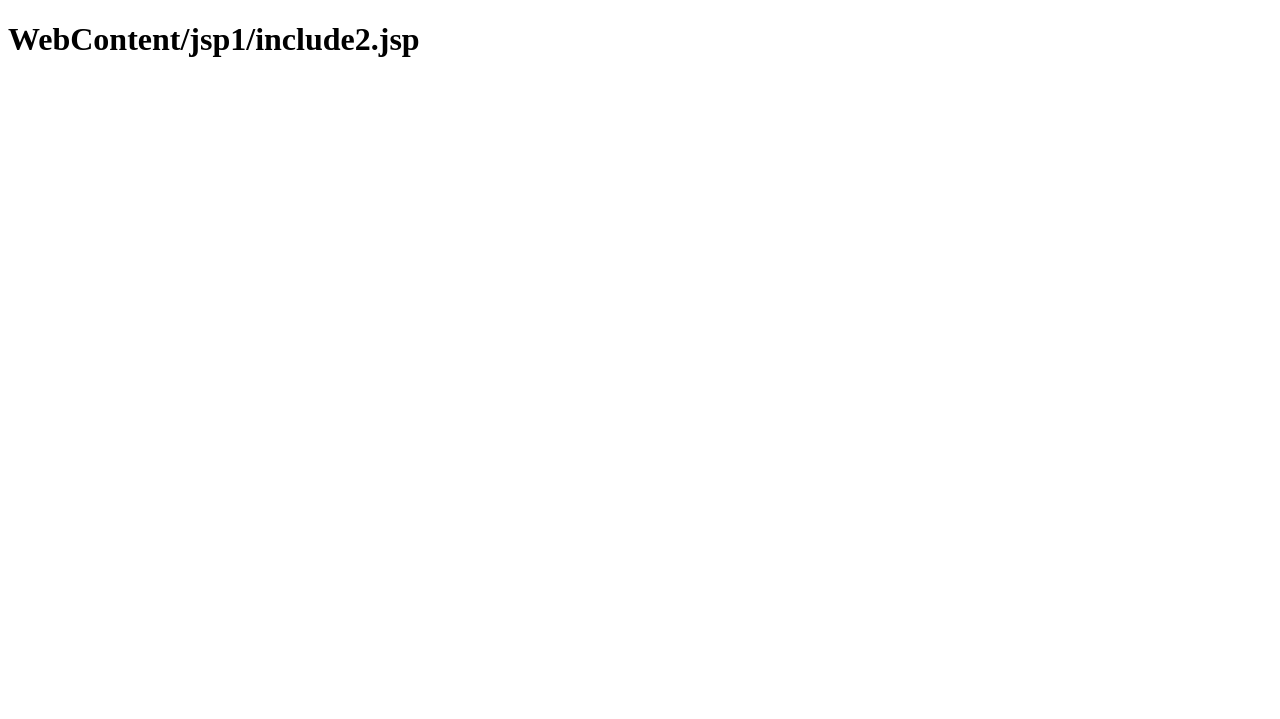
Repository: ReadStar/workspace_jsp
Page: http://localhost/StudyJSP/jsp1/include2.jsp
These files come from the project's save history. The page is drawn as it stood at one moment and after the next save; the edit follows.
The browser window is 1280 px wide. The pictures show the whole page.
The page is served by Tomcat 9. Other server files are loaded and not shown.

Above is the page before, as saved 2020-08-13 02:39:28.

### StudyJSP/WebContent/jsp1/include2.jsp
<%@ page language="java" contentType="text/html; charset=UTF-8"
    pageEncoding="UTF-8"%>
<!DOCTYPE html>
<html>
<head>
<meta charset="UTF-8">
<title>Insert title here</title>
</head>
<body>
<h1>WebContent/jsp1/include2.jsp</h1>
</body>
</html>

After the next save:
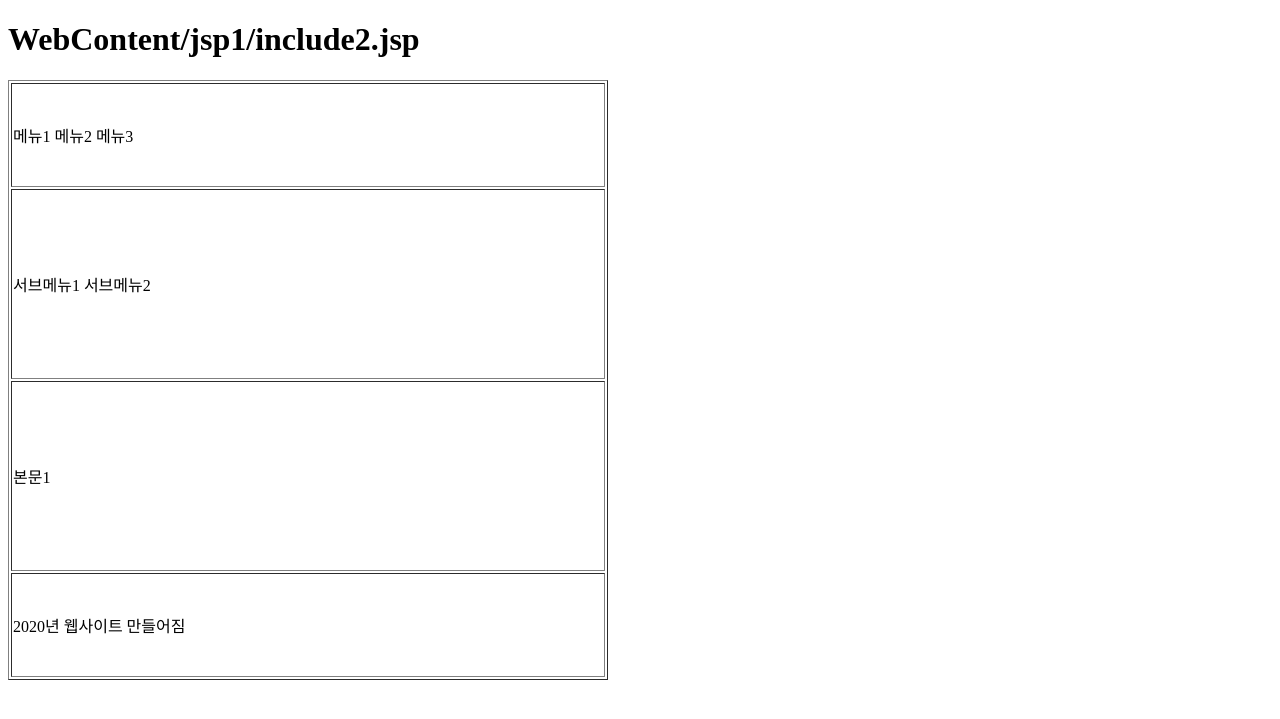
Saved 53 s later.
--- a/StudyJSP/WebContent/jsp1/include2.jsp
+++ b/StudyJSP/WebContent/jsp1/include2.jsp
@@ -8,5 +8,11 @@
 </head>
 <body>
 <h1>WebContent/jsp1/include2.jsp</h1>
+<table border="1" width="600" height="600">
+<tr><td colspan="2" width="600" height="100"> 메뉴1 메뉴2 메뉴3</td></tr>
+<tr><td width="100" heigt="400">서브메뉴1 서브메뉴2</td></tr>
+				<td>본문1</td>
+<tr><td colspan="2" width="600" height="100">2020년 웹사이트 만들어짐</td></tr>
+</table>
 </body>
 </html>
